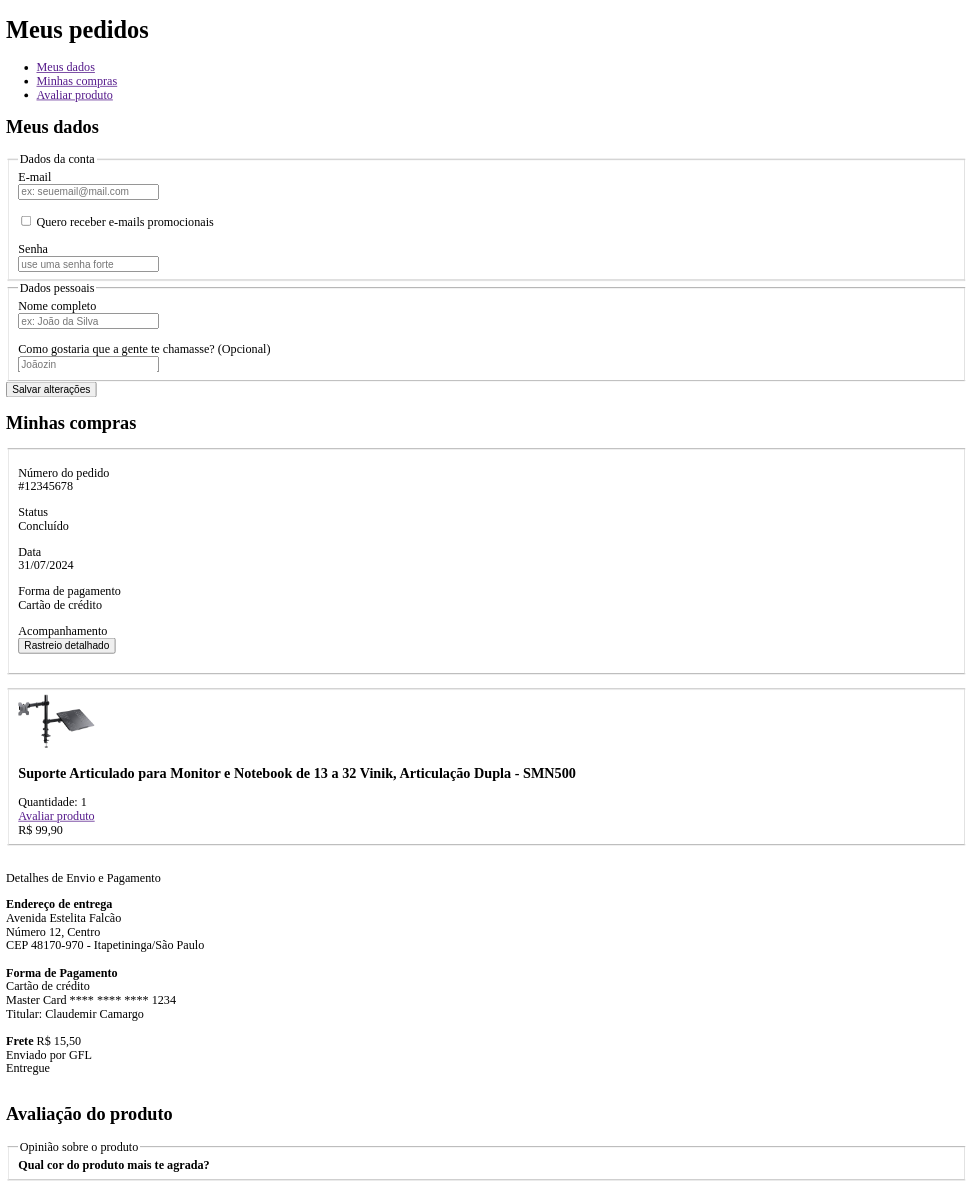
Repository: claudemir-camargo/site-compras
Page: index.html
An editor plug-in stored every save of this project. The page is shown before and after the next save, followed by the edit.
The browser window is 1280 px wide. The pictures show the whole page, at 76% of full size.

Above is the page before, as saved 2024-03-03 22:37:27.

### index.html
<!DOCTYPE html>
<html lang="en">

<head>
    <meta charset="UTF-8">
    <meta name="viewport" content="width=device-width, initial-scale=1.0">
    <link rel="stylesheet" type="text/css" href="css/style.css" />
    <title>Site de Compras</title>
</head>

<body>
    <h1>Meus pedidos</h1>
    <ul>
        <li><a href="">Meus dados</a></li>
        <li><a href="">Minhas compras</a></li>
        <li><a href="">Avaliar produto</a></li>
    </ul>
    <h2>Meus dados</h2>
    <!-- Conta -->
    <fieldset>
        <legend>Dados da conta</legend>
        <form>
            <label>E-mail</label><br>
            <input type="email" id="email" name="email" placeholder="ex: seuemail@mail.com"><br><br>
            <input type="checkbox">
            <label>Quero receber e-mails promocionais</label><br><br>
            <label>Senha</label><br>
            <input type="password" placeholder="use uma senha forte">
        </form>
    </fieldset>
    <!-- Pessoais -->
    <fieldset>
        <legend>Dados pessoais</legend>
        <form>
            <label>Nome completo</label><br>
            <input type="text" placeholder="ex: João da Silva"><br><br>
            <label>Como gostaria que a gente te chamasse? (Opcional) </label><br>
            <input type="text" placeholder="Joãozin">
        </form>
    </fieldset>
    <button type="button">Salvar alterações</button>
    <!-- Minhas compras -->
    <h2>Minhas compras</h2>
    <fieldset>
        <p>Número do pedido<br>#12345678</p>
        <p>Status<br>Concluído</p>
        <p>Data<br>31/07/2024</p>
        <p>Forma de pagamento<br>Cartão de crédito</p>
        <p>Acompanhamento<br><button>Rastreio detalhado</button></p>
    </fieldset>
    <!-- Produto -->
    <br>
    <fieldset>
        <img src="img/suporte.jpg" alt="Suporte">
        <h3>
            <p>Suporte Articulado para Monitor e Notebook de 13 a 32 Vinik,
                Articulação Dupla - SMN500</p>
        </h3>
        Quantidade: 1<br>
        <a href="">Avaliar produto</a><br>
        R$ 99,90
    </fieldset>
    <br>
    <p>Detalhes de Envio e Pagamento</p>
    <strong>Endereço de entrega</strong><br>
    Avenida Estelita Falcão<br>
    Número 12, Centro<br>
    CEP 48170-970 - Itapetininga/São Paulo
    <br><br>
    <strong>Forma de Pagamento</strong><br>
    Cartão de crédito<br>
    Master Card **** **** **** 1234<br>
    Titular: Claudemir Camargo
    <br><br>
    <strong>Frete</strong>
    R$ 15,50<br>
    Enviado por GFL<br>
    Entregue
    <br><br>
    <h2>Avaliação do produto</h2>
    <fieldset>
        <legend>Opinião sobre o produto</legend>
        <label><strong>Qual cor do produto mais te agrada?</strong></label>

    </fieldset>



</body>

</html>

### css/style.css
img {
    height: 70px;
    width: 100px;
}

After the next save:
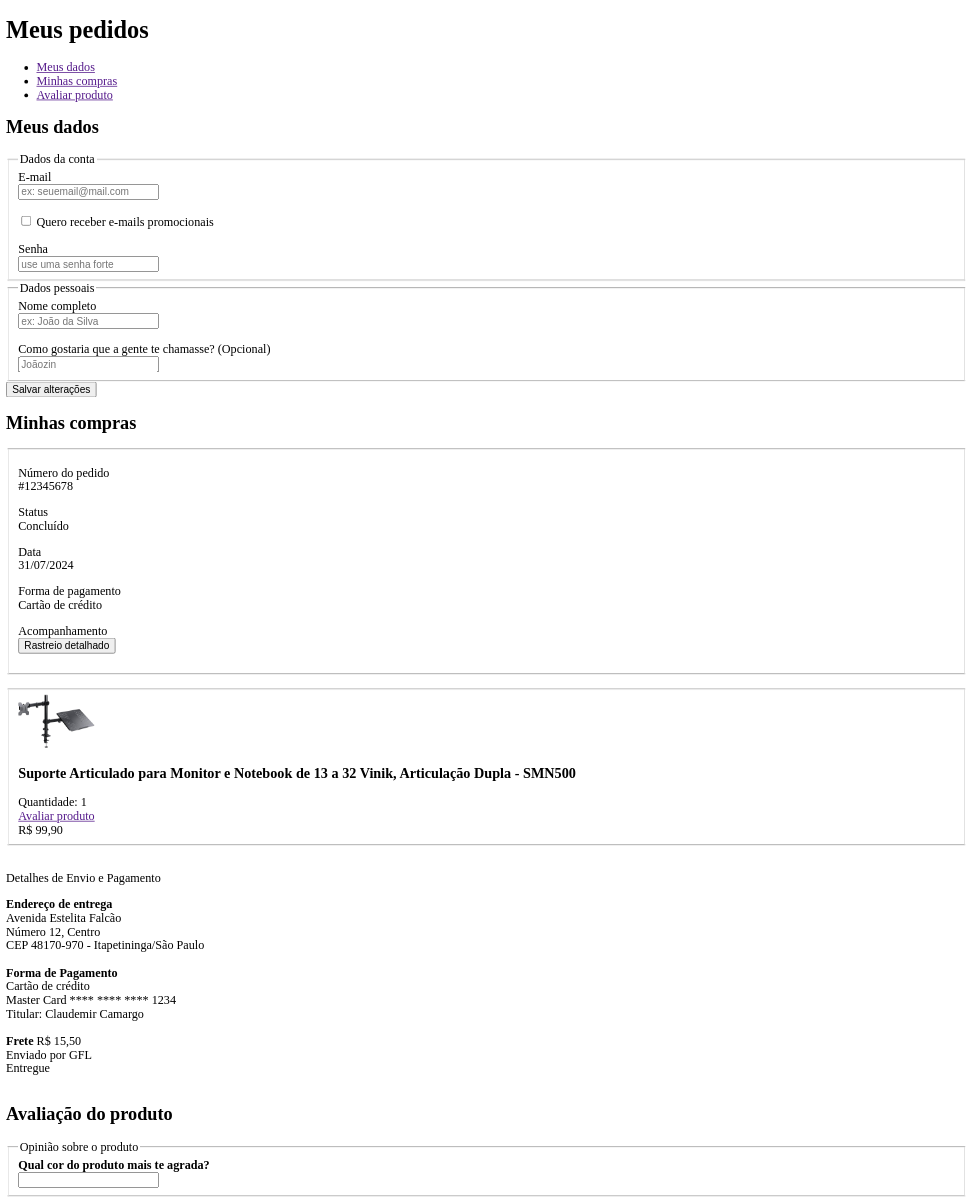
Saved 25 s later.
--- a/index.html
+++ b/index.html
@@ -80,7 +80,8 @@
     <h2>Avaliação do produto</h2>
     <fieldset>
         <legend>Opinião sobre o produto</legend>
-        <label><strong>Qual cor do produto mais te agrada?</strong></label>
+        <label><strong>Qual cor do produto mais te agrada?</strong></label><br>
+        <input type="color>"
 
     </fieldset>
 
